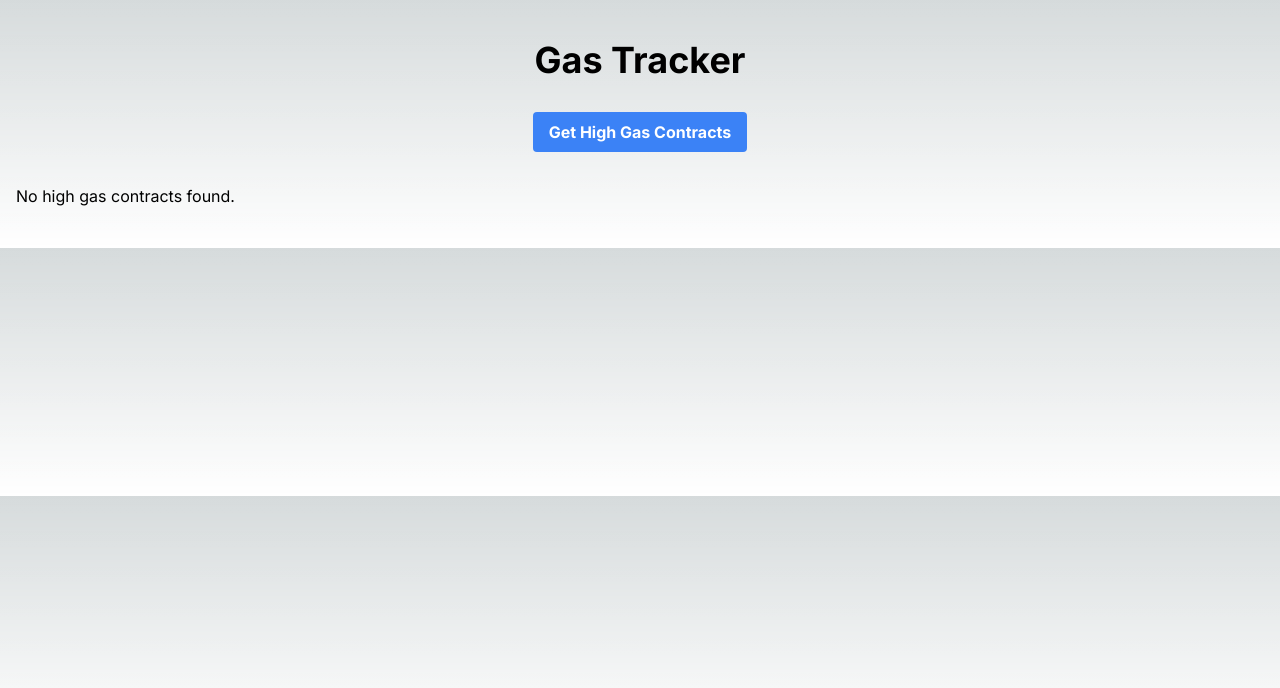
Repository: a7351220/ethereum-gas-tracker
Page: /
These files come from the project's save history. The page is drawn as it stood at one moment and after the next save; the edit follows.
The browser window is 1280 px wide. The pictures show the whole page.
The project was rebuilt for these pictures with package versions that can differ from the ones it lists, and the page was loaded fresh each time. The framework's server and built-in components were replaced by stand-ins that run in the browser. Also part of the build but not shown: next.config.mjs, src/components/ContractAnalysis/index.tsx.

Above is the page before, as saved 2024-07-03 16:14:18.

After the next save:
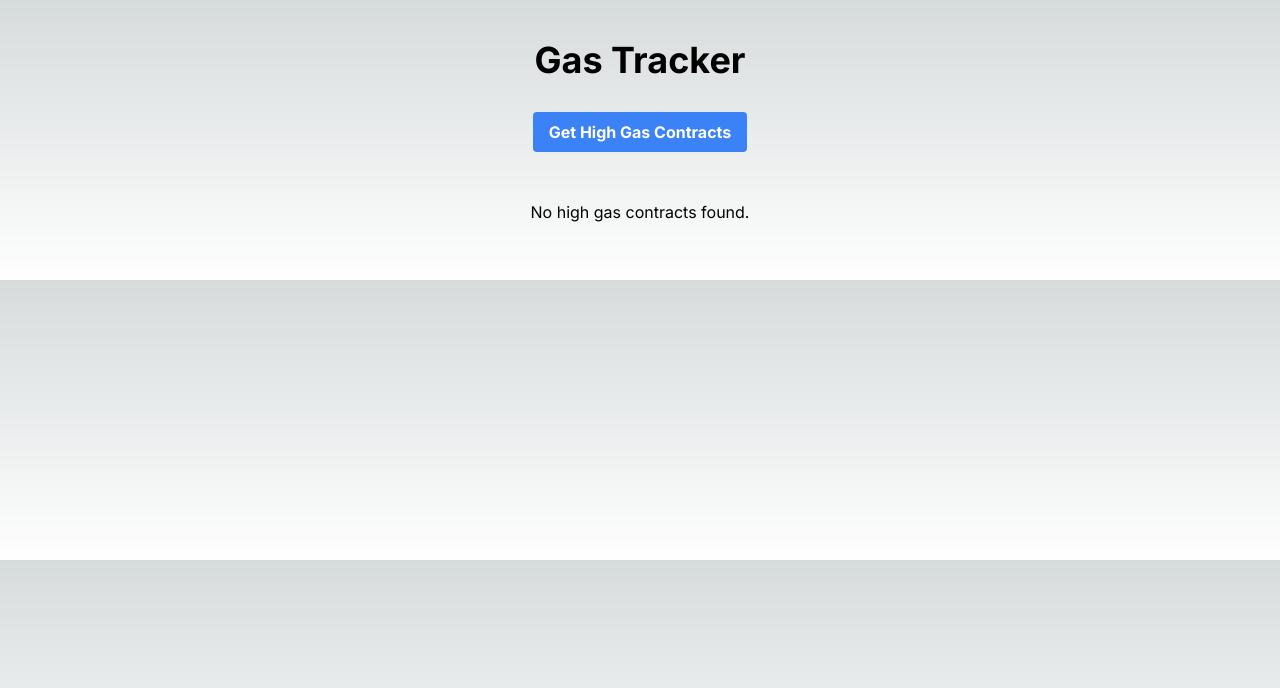
Saved 12 min 19 s later.
--- a/src/components/ContractList/index.tsx
+++ b/src/components/ContractList/index.tsx
@@ -1,5 +1,12 @@
 import React from 'react';
-import { Contract } from '@/types';
+
+interface Contract {
+  address: string;
+  name: string;
+  totalGasUsed: number;
+  transactionCount: number;
+  averageGasUsed: number;
+}
 
 interface ContractListProps {
   contracts: Contract[] | null;
@@ -8,33 +15,49 @@
 
 const ContractList: React.FC<ContractListProps> = ({ contracts, onSelectContract }) => {
   if (!contracts) {
-    return <div>No contracts data available.</div>;
+    return <div className="text-center py-4">Loading contracts data...</div>;
   }
 
   if (!Array.isArray(contracts)) {
     console.error('Contracts data is not an array:', contracts);
-    return <div>Error: Invalid contracts data format.</div>;
+    return <div className="text-center py-4 text-red-500">Error: Invalid contracts data format.</div>;
   }
 
   if (contracts.length === 0) {
-    return <div>No high gas contracts found.</div>;
+    return <div className="text-center py-4">No high gas contracts found.</div>;
   }
 
   return (
     <div className="mb-8">
-      <h2 className="text-2xl font-bold mb-4">High Gas Contracts</h2>
-      <ul className="space-y-3">
-        {contracts.map((contract) => (
-          <li
-            key={contract.address}
-            className="p-3 border border-gray-200 rounded-md cursor-pointer hover:bg-gray-50"
-            onClick={() => onSelectContract(contract)}
-          >
-            <div className="font-semibold">{contract.address}</div>
-            <div className="text-sm text-gray-500">Gas Used: {contract.gasUsed}</div>
-          </li>
-        ))}
-      </ul>
+      <h2 className="text-2xl font-bold mb-4">High Gas Consuming Contracts</h2>
+      <div className="overflow-x-auto">
+        <table className="min-w-full bg-white">
+          <thead className="bg-gray-100">
+            <tr>
+              <th className="px-4 py-2 text-left">Contract Name</th>
+              <th className="px-4 py-2 text-left">Address</th>
+              <th className="px-4 py-2 text-right">Total Gas Used</th>
+              <th className="px-4 py-2 text-right">Tx Count</th>
+              <th className="px-4 py-2 text-right">Avg Gas Used</th>
+            </tr>
+          </thead>
+          <tbody>
+            {contracts.map((contract) => (
+              <tr
+                key={contract.address}
+                className="border-b border-gray-200 hover:bg-gray-50 cursor-pointer"
+                onClick={() => onSelectContract(contract)}
+              >
+                <td className="px-4 py-2">{contract.name || 'Unknown'}</td>
+                <td className="px-4 py-2 font-mono text-sm">{contract.address}</td>
+                <td className="px-4 py-2 text-right">{contract.totalGasUsed.toLocaleString()}</td>
+                <td className="px-4 py-2 text-right">{contract.transactionCount.toLocaleString()}</td>
+                <td className="px-4 py-2 text-right">{Math.round(contract.averageGasUsed).toLocaleString()}</td>
+              </tr>
+            ))}
+          </tbody>
+        </table>
+      </div>
     </div>
   );
 };

After the save that followed:
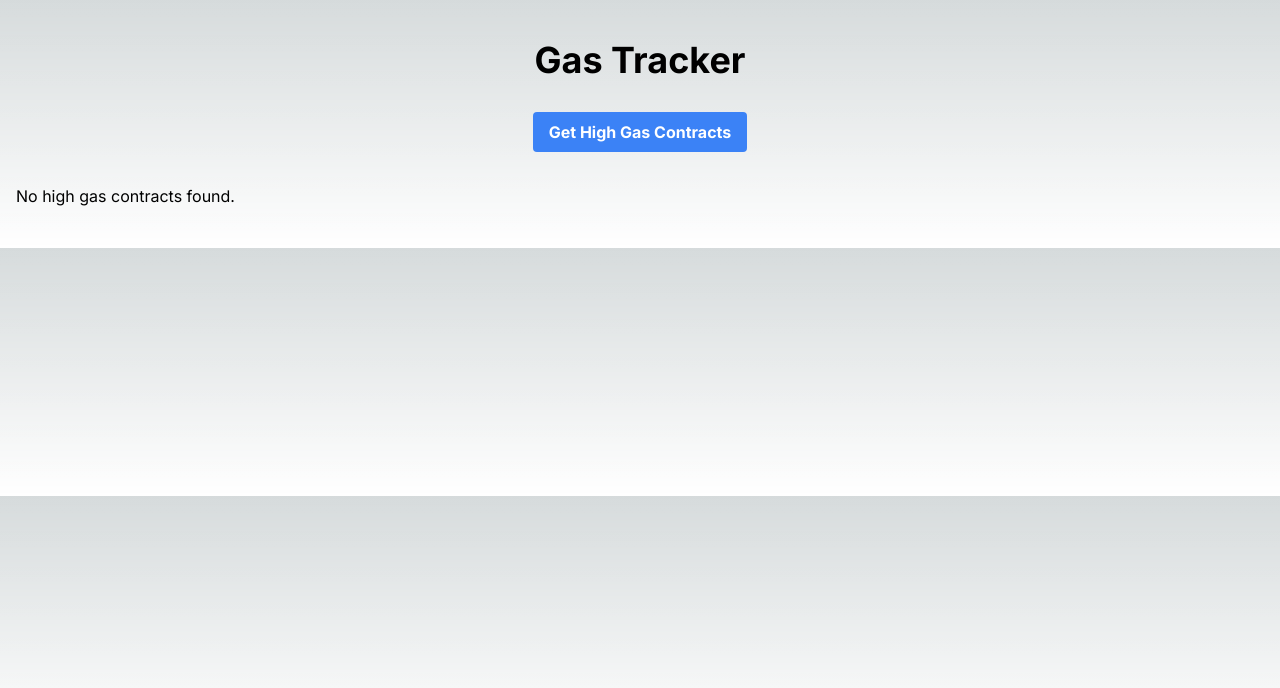
Saved 111 s later.
--- a/src/components/ContractList/index.tsx
+++ b/src/components/ContractList/index.tsx
@@ -1,12 +1,5 @@
-import React from 'react';
-
-interface Contract {
-  address: string;
-  name: string;
-  totalGasUsed: number;
-  transactionCount: number;
-  averageGasUsed: number;
-}
+import React, { useEffect } from 'react';
+import { Contract } from '@/types';
 
 interface ContractListProps {
   contracts: Contract[] | null;
@@ -14,50 +7,43 @@
 }
 
 const ContractList: React.FC<ContractListProps> = ({ contracts, onSelectContract }) => {
+  useEffect(() => {
+    console.log('Received contracts data:', contracts);
+  }, [contracts]);
+
   if (!contracts) {
-    return <div className="text-center py-4">Loading contracts data...</div>;
+    return <div>No contracts data available.</div>;
   }
 
   if (!Array.isArray(contracts)) {
     console.error('Contracts data is not an array:', contracts);
-    return <div className="text-center py-4 text-red-500">Error: Invalid contracts data format.</div>;
+    return <div>Error: Invalid contracts data format.</div>;
   }
 
   if (contracts.length === 0) {
-    return <div className="text-center py-4">No high gas contracts found.</div>;
+    return <div>No high gas contracts found.</div>;
   }
 
   return (
     <div className="mb-8">
-      <h2 className="text-2xl font-bold mb-4">High Gas Consuming Contracts</h2>
-      <div className="overflow-x-auto">
-        <table className="min-w-full bg-white">
-          <thead className="bg-gray-100">
-            <tr>
-              <th className="px-4 py-2 text-left">Contract Name</th>
-              <th className="px-4 py-2 text-left">Address</th>
-              <th className="px-4 py-2 text-right">Total Gas Used</th>
-              <th className="px-4 py-2 text-right">Tx Count</th>
-              <th className="px-4 py-2 text-right">Avg Gas Used</th>
-            </tr>
-          </thead>
-          <tbody>
-            {contracts.map((contract) => (
-              <tr
-                key={contract.address}
-                className="border-b border-gray-200 hover:bg-gray-50 cursor-pointer"
-                onClick={() => onSelectContract(contract)}
-              >
-                <td className="px-4 py-2">{contract.name || 'Unknown'}</td>
-                <td className="px-4 py-2 font-mono text-sm">{contract.address}</td>
-                <td className="px-4 py-2 text-right">{contract.totalGasUsed.toLocaleString()}</td>
-                <td className="px-4 py-2 text-right">{contract.transactionCount.toLocaleString()}</td>
-                <td className="px-4 py-2 text-right">{Math.round(contract.averageGasUsed).toLocaleString()}</td>
-              </tr>
+      <h2 className="text-2xl font-bold mb-4">High Gas Contracts</h2>
+      <ul className="space-y-3">
+        {contracts.map((contract) => (
+          <li
+            key={contract.address}
+            className="p-3 border border-gray-200 rounded-md cursor-pointer hover:bg-gray-50"
+            onClick={() => onSelectContract(contract)}
+          >
+            <div className="font-semibold">{contract.address}</div>
+            {/* 显示所有可用的合约属性 */}
+            {Object.entries(contract).map(([key, value]) => (
+              <div key={key} className="text-sm text-gray-500">
+                {key}: {JSON.stringify(value)}
+              </div>
             ))}
-          </tbody>
-        </table>
-      </div>
+          </li>
+        ))}
+      </ul>
     </div>
   );
 };
